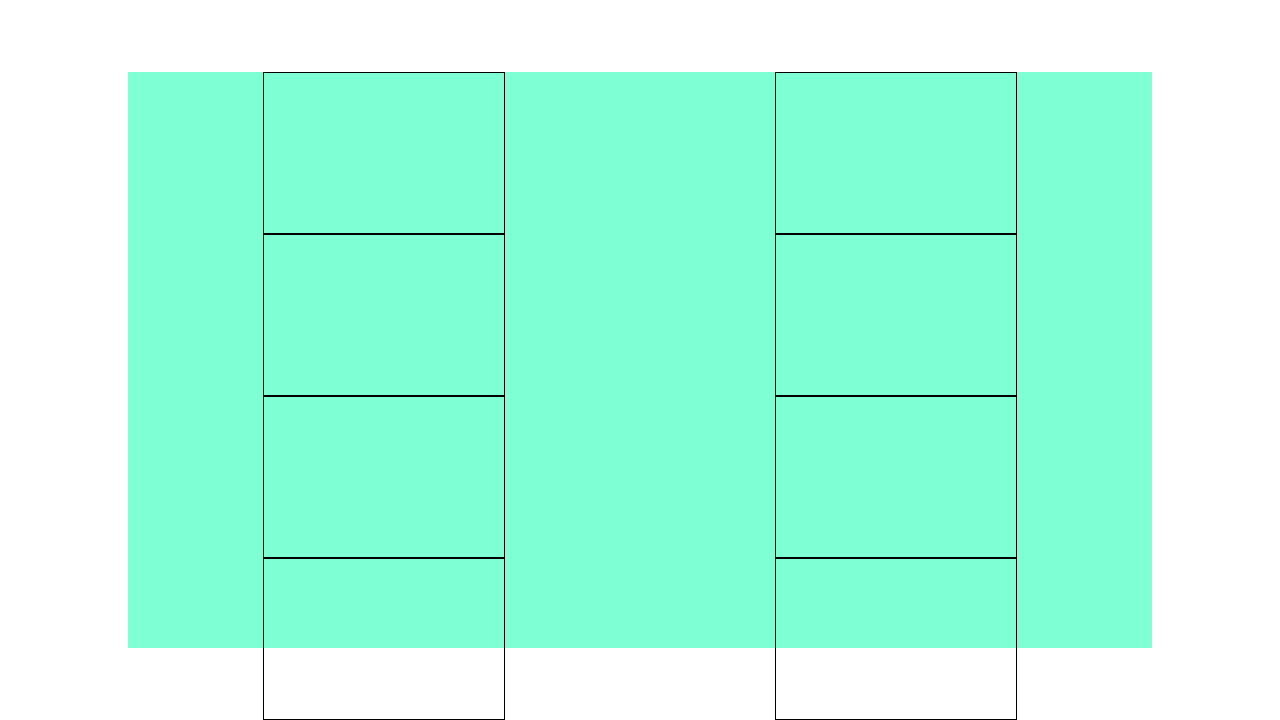
Repository: lidkaa/devTasks
Page: 0. Zadania Testowe/zadania/FlexboxCentered.html
These files come from the project's save history. The page is drawn as it stood at one moment and after the next save; the edit follows.
The browser window is 1280 px wide. The pictures show the whole page.

Above is the page before, as saved 2022-02-01 09:38:50.

After the next save:
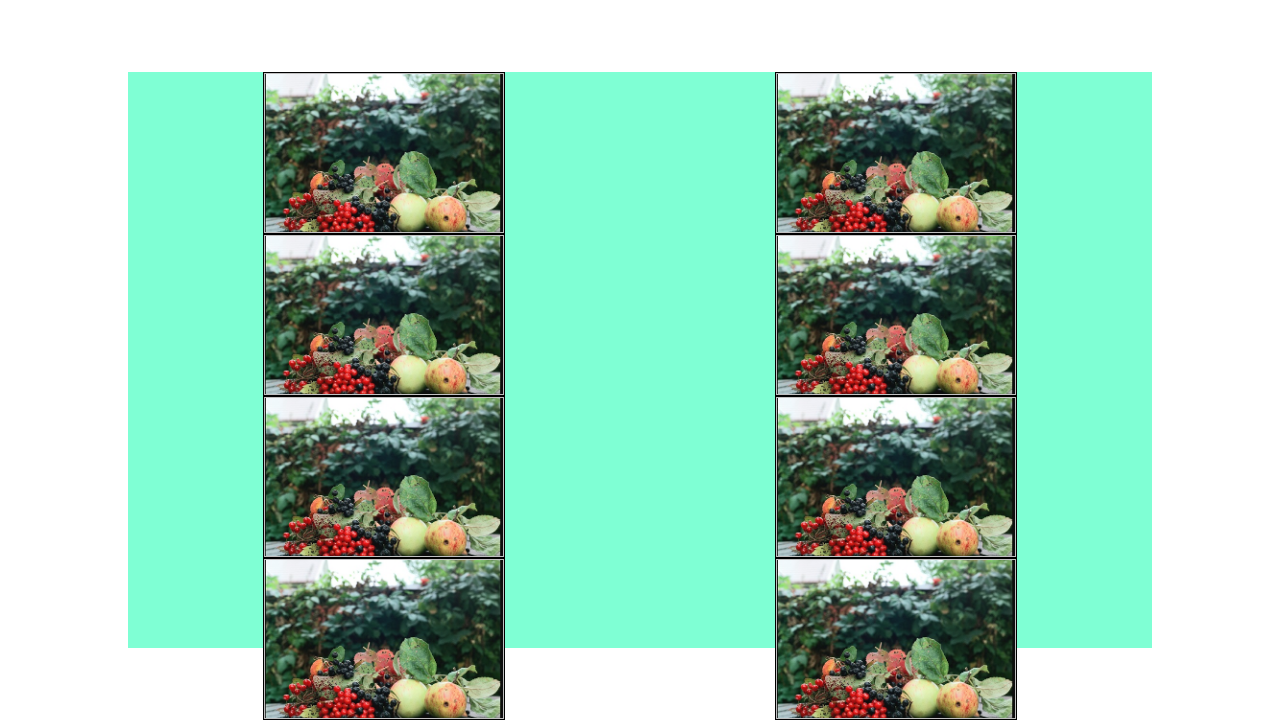
Saved 9 s later.
--- a/0. Zadania Testowe/zadania/flexboxcentered.css
+++ b/0. Zadania Testowe/zadania/flexboxcentered.css
@@ -33,7 +33,7 @@
     transition: 2s ;
 }
 
-img:nth-child(0) {
+img:nth-child(1) {
     width: 100%;
     height: 100%;
     background-image: url('./pexel/pexel1.jpg');

After the save that followed:
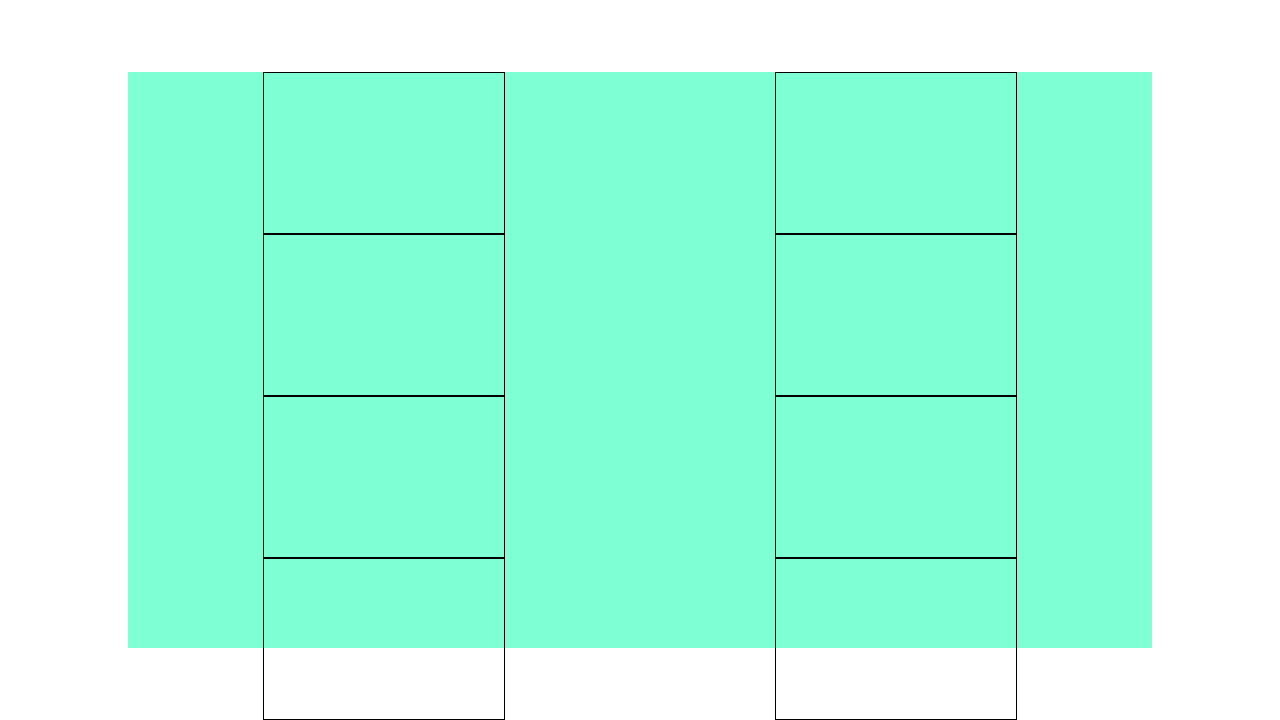
Saved 9 s later.
--- a/0. Zadania Testowe/zadania/flexboxcentered.css
+++ b/0. Zadania Testowe/zadania/flexboxcentered.css
@@ -33,7 +33,7 @@
     transition: 2s ;
 }
 
-img:nth-child(1) {
+img:nth-child(2) {
     width: 100%;
     height: 100%;
     background-image: url('./pexel/pexel1.jpg');
